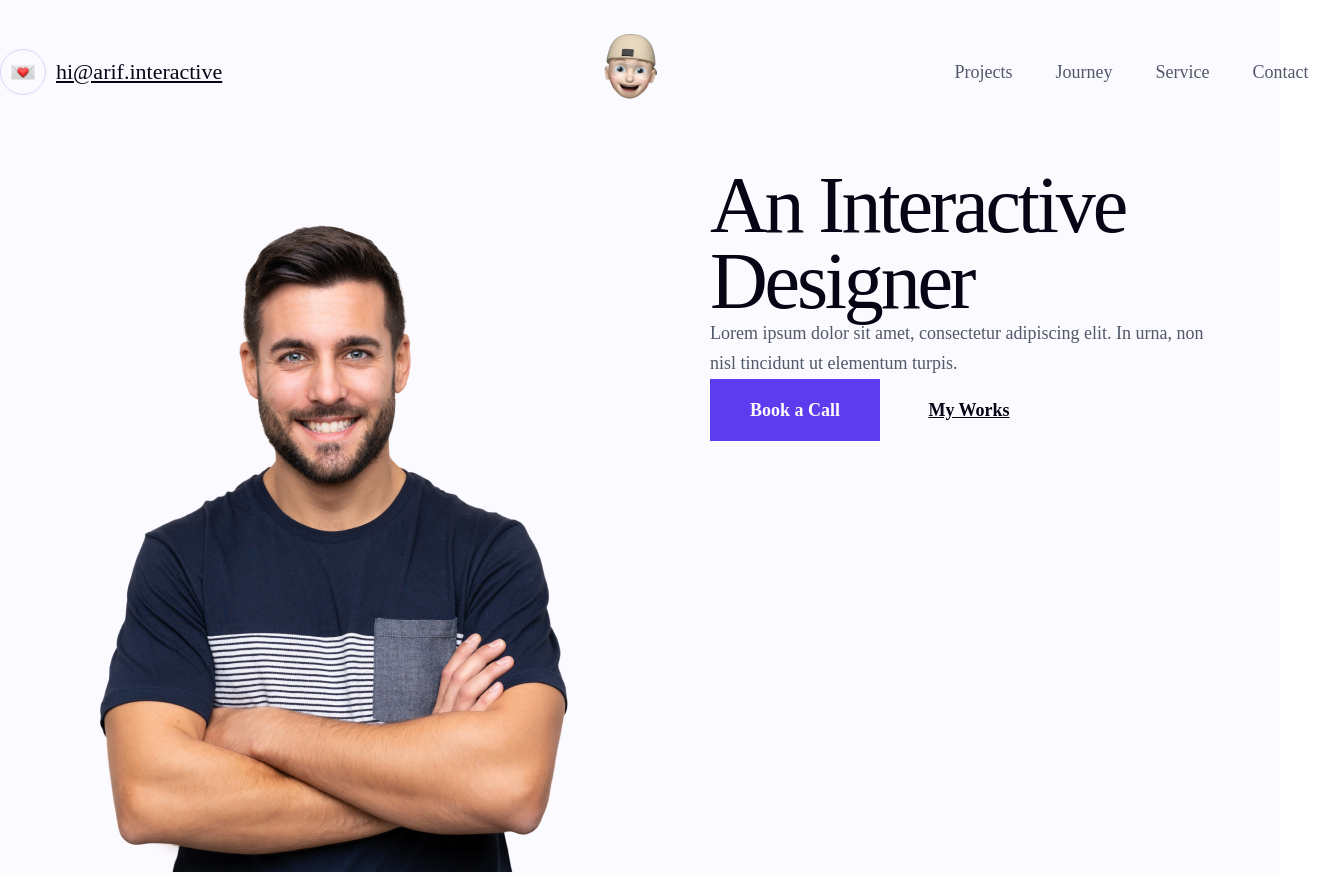
Repository: trantangtuan/project-06-grid-system12column-demo
Page: index.html
These files come from the project's save history. The page is drawn as it stood at one moment and after the next save; the edit follows.
The browser window is 1280 px wide. The page is 1330 px wide, so the pictures cover 1330 px, including what lies to the right of the window. The pictures show the whole page.

Above is the page before, as saved 2024-07-12 21:28:01.

After the next save:
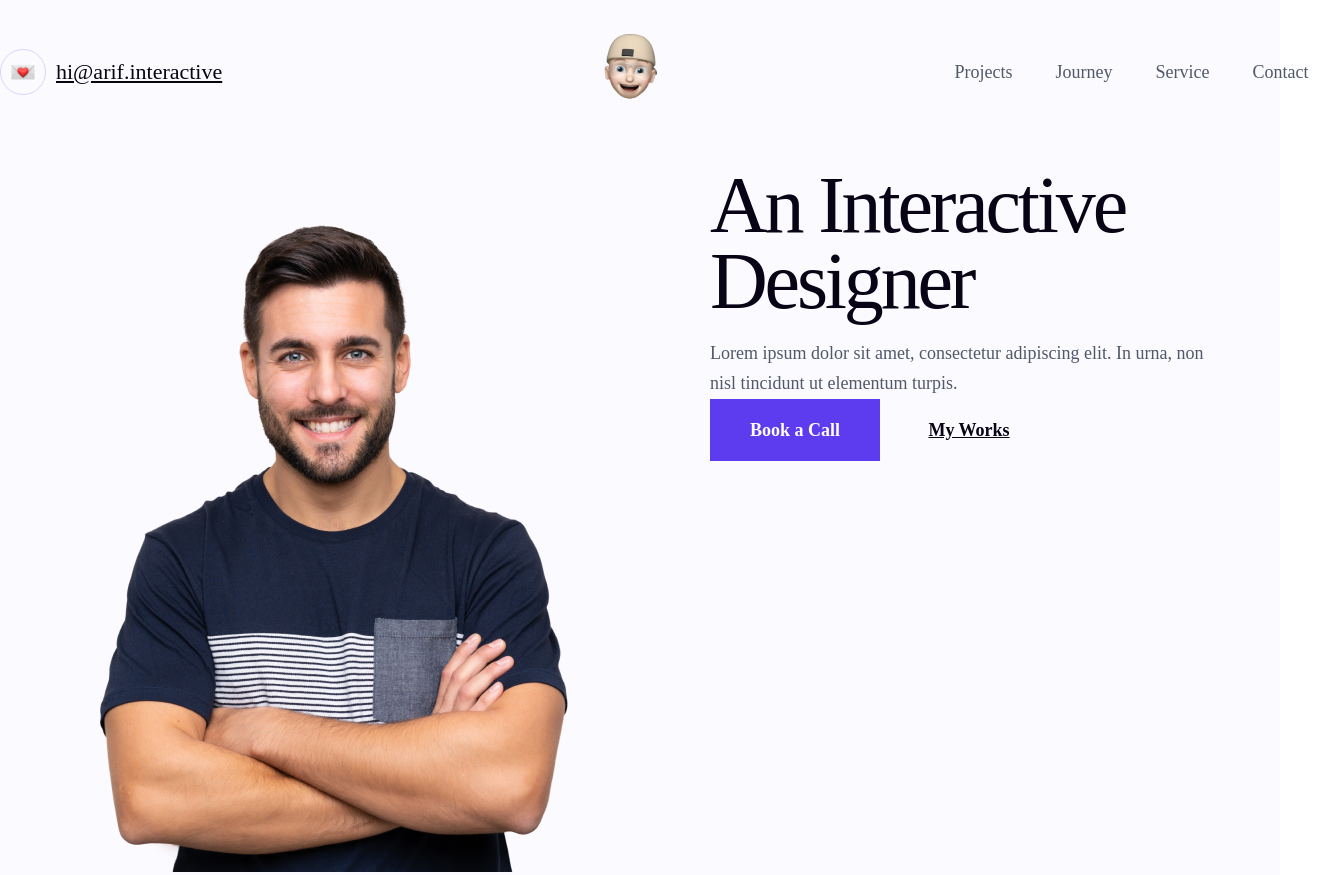
Saved 7 s later.
--- a/assets/css/style.css
+++ b/assets/css/style.css
@@ -132,6 +132,7 @@ a {
 }
 
 .hero__desc {
+  margin-top: 20px;
   color: #51586a;
   font-size: 1.8rem;
   font-style: normal;
